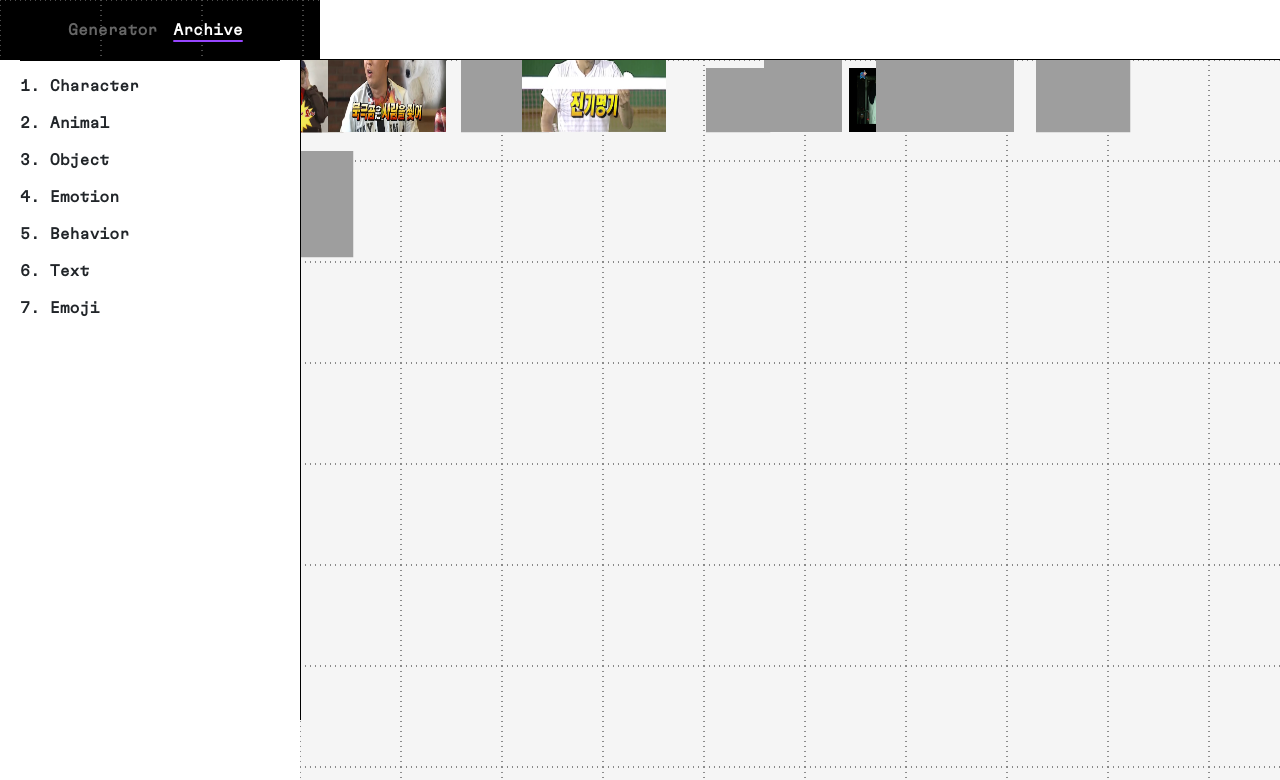
Repository: CastleBelll/project2
Page: /archive (app in job_app/)
These files come from the project's save history. The page is drawn as it stood at one moment and after the next save; the edit follows.
The browser window is 1280 px wide. The pictures show the whole page.
Pictures or frames that could not be fetched are drawn as grey boxes. The project was rebuilt for these pictures with package versions that can differ from the ones it lists, and the page was loaded fresh each time. Also part of the build but not shown: job_app/src/Generator/Generator.js.

Above is the page before, as saved 2024-12-15 08:29:55.

After the next save:
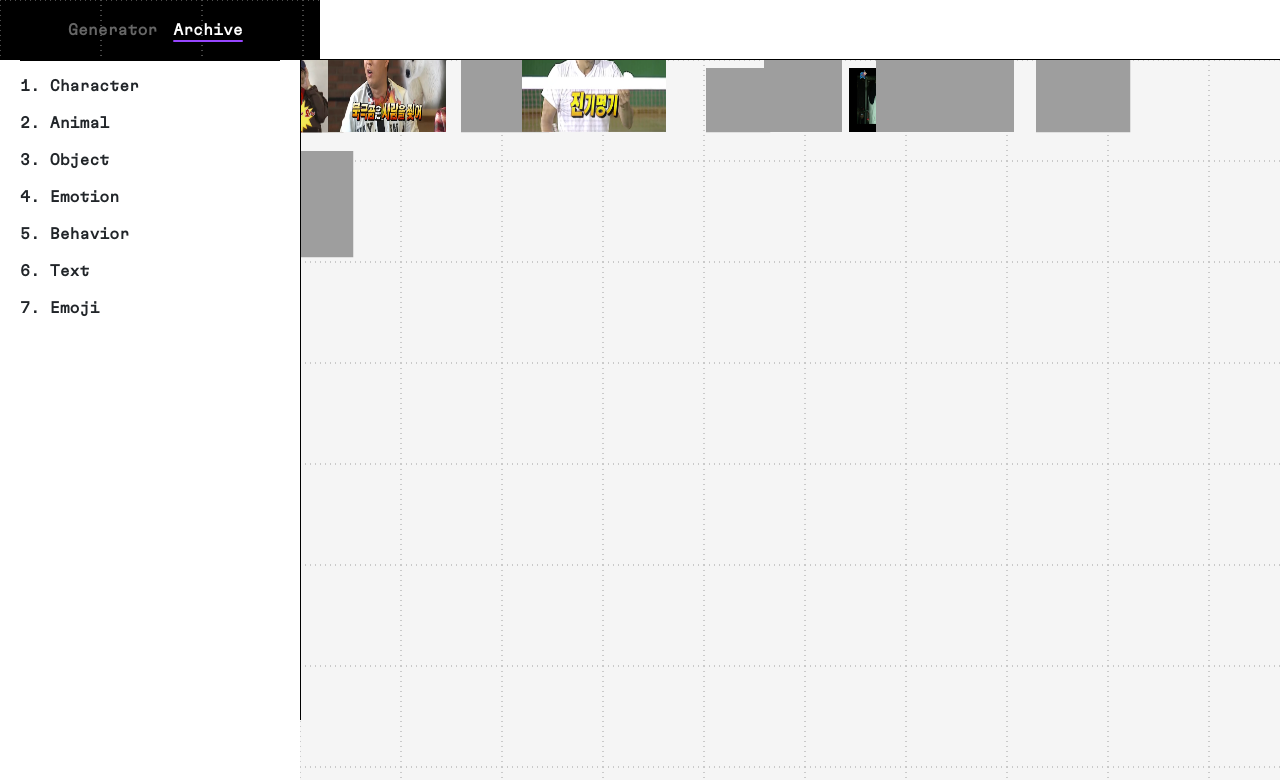
Saved 9 min 47 s later.
--- a/job_app/src/Archive/ArchiveMain.css
+++ b/job_app/src/Archive/ArchiveMain.css
@@ -3,7 +3,7 @@
   width: 100%;
   height: 100vh; /* 화면 전체 높이 */
   background-color: #f5f5f5; /* 배경색 */
-  background-image: url('../background_square.png'); /* Generator 활성화 시 배경 이미지 */
+  background-image: url('../background_square2.png'); /* Generator 활성화 시 배경 이미지 */
   background-repeat: repeat; /* 가로 및 세로로 반복 */
   overflow: hidden; /* 넘치는 이미지는 숨김 */
 }
